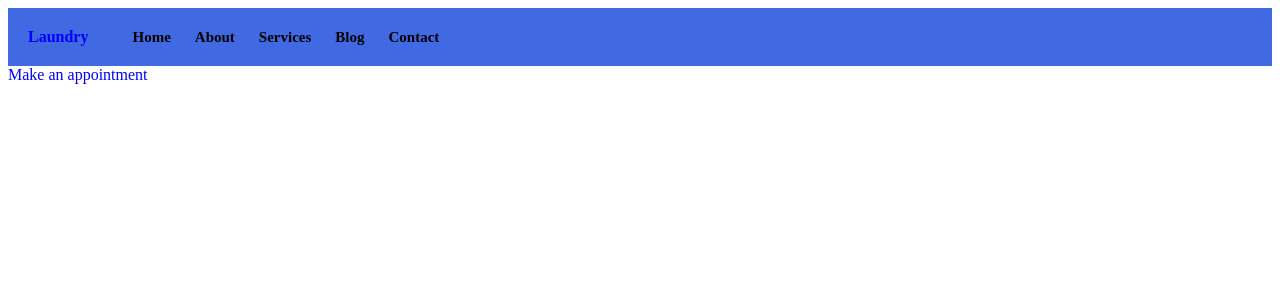
Repository: Tobby004/BDC-Assignment-4
Page: index.html
An editor plug-in stored every save of this project. The page is shown before and after the next save, followed by the edit.
The browser window is 1280 px wide. The pictures show the whole page.

Above is the page before, as saved 2023-03-08 04:16:38.

### index.html
<!DOCTYPE html>
<html lang="en">
<head>
    <meta charset="UTF-8">
    <meta http-equiv="X-UA-Compatible" content="IE=edge">
    <meta name="viewport" content="width=device-width, initial-scale=1.0">
    <title>template</title>
    <link rel="stylesheet" href="task.css">
</head>
<body>
    <div class="navbar">
    <ul>
        <b>Laundry</b>
        <li><a href="#">Home</a></li>
        <li><a href="#">About</a></li>
        <li><a href="#">Services</a></li>
        <li><a href="#">Blog</a></li>
        <li><a href="#">Contact</a></li>
    </ul>
    <header id="text">
        <li>Make an appointment</li>
    </header>
    </div>
</body>
</html>

### task.css
* {
    box-sizing: border-box;
}
body {
    background-color: #ffff;
}
.navbar ul {
 margin: auto;
 background-color: royalblue;
 padding: 20px;
}
.navbar li {
    display: inline-block;
}
.navbar b {
    margin-right: 30px;
    color: blue;
}
.navbar a {
    text-decoration: none;
    padding: 10px;
    color: black;
    font-size: 15px;
    font-weight: bold;
    font-family: 'Times New Roman', Times, serif;
}
header li {
    display: inline-block;
    color: blue;
}

After the next save:
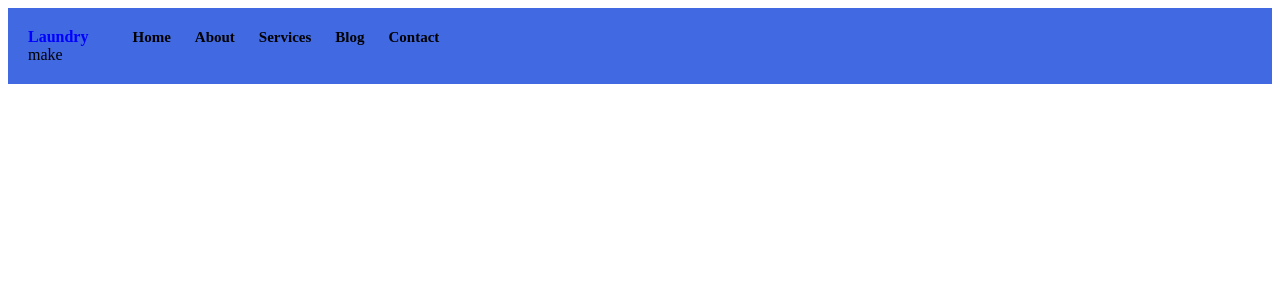
Saved 88 s later.
--- a/index.html
+++ b/index.html
@@ -16,10 +16,8 @@
         <li><a href="#">Services</a></li>
         <li><a href="#">Blog</a></li>
         <li><a href="#">Contact</a></li>
+        <header id="text">make</header>
     </ul>
-    <header id="text">
-        <li>Make an appointment</li>
-    </header>
     </div>
 </body>
 </html>
--- a/task.css
+++ b/task.css
@@ -24,7 +24,3 @@ body {
     font-weight: bold;
     font-family: 'Times New Roman', Times, serif;
 }
-header li {
-    display: inline-block;
-    color: blue;
-}
